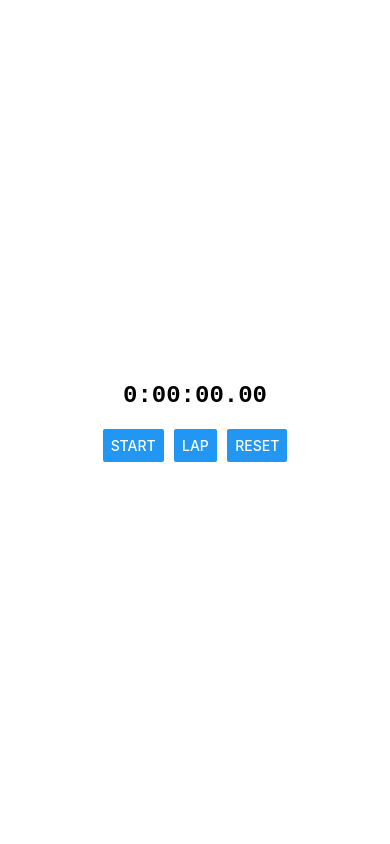
Repository: Shopify/eng-intern-assessment-react-native
Screen: /
These files come from the project's save history. The screen is drawn as it stood at one moment and after the next save; the edit follows.
The app was drawn by React Native's web renderer in a window 390 px wide. The project was rebuilt for these pictures with package versions that can differ from the ones it lists, and the page was loaded fresh each time.

Above is the screen before, as saved 2024-01-13 12:25:22.

After the next save:
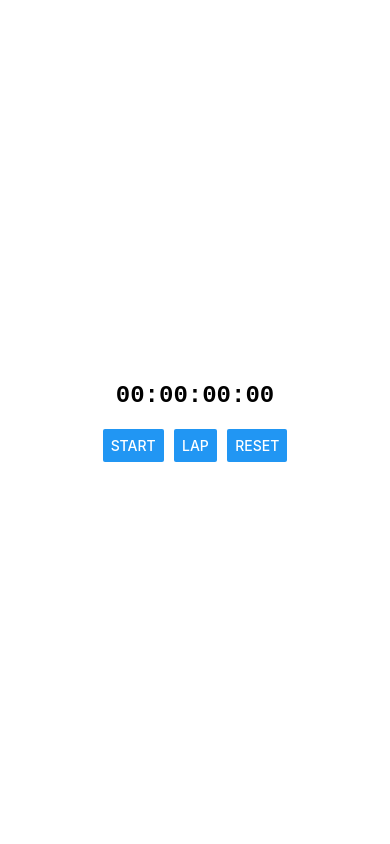
Saved 2 min 7 s later.
--- a/src/StopWatch.tsx
+++ b/src/StopWatch.tsx
@@ -2,9 +2,7 @@ import React, { useState, useEffect } from 'react';
 import { Text, View, StyleSheet } from 'react-native';
 import StopWatchButton from './StopWatchButton';
 
-const formatTimeSegment = (segmentValue: number, padLength: number): string => {
-  return segmentValue.toString().padStart(padLength, '0');
-};
+
 
 const StopWatch = () => {
   const [isRunning, setIsRunning] = useState(false);
@@ -35,13 +33,18 @@ const StopWatch = () => {
     setLaps([]);
   };
 
+  const formatTimeUnit = (unit: number) => {
+    // Helper function to ensure time units are always displayed with two digits
+    return unit < 10 ? `0${unit}` : unit.toString();
+  };
+
   const formatTime = (milliseconds: number) => {
     const hours = Math.floor(milliseconds / 3600000); // 1 Hour = 3600000 Milliseconds
     const minutes = Math.floor((milliseconds % 3600000) / 60000); // 1 Minute = 60000 Milliseconds
     const seconds = Math.floor((milliseconds % 60000) / 1000); // 1 Second = 1000 Milliseconds
     const millis = Math.floor((milliseconds % 1000) / 10); // Display only two digits for milliseconds
 
-    return `${hours}:${minutes.toString().padStart(2, '0')}:${seconds.toString().padStart(2, '0')}.${millis.toString().padStart(2, '0')}`;
+    return `${formatTimeUnit(hours)}:${formatTimeUnit(minutes)}:${formatTimeUnit(seconds)}:${formatTimeUnit(millis)}`;
   };
 
 
